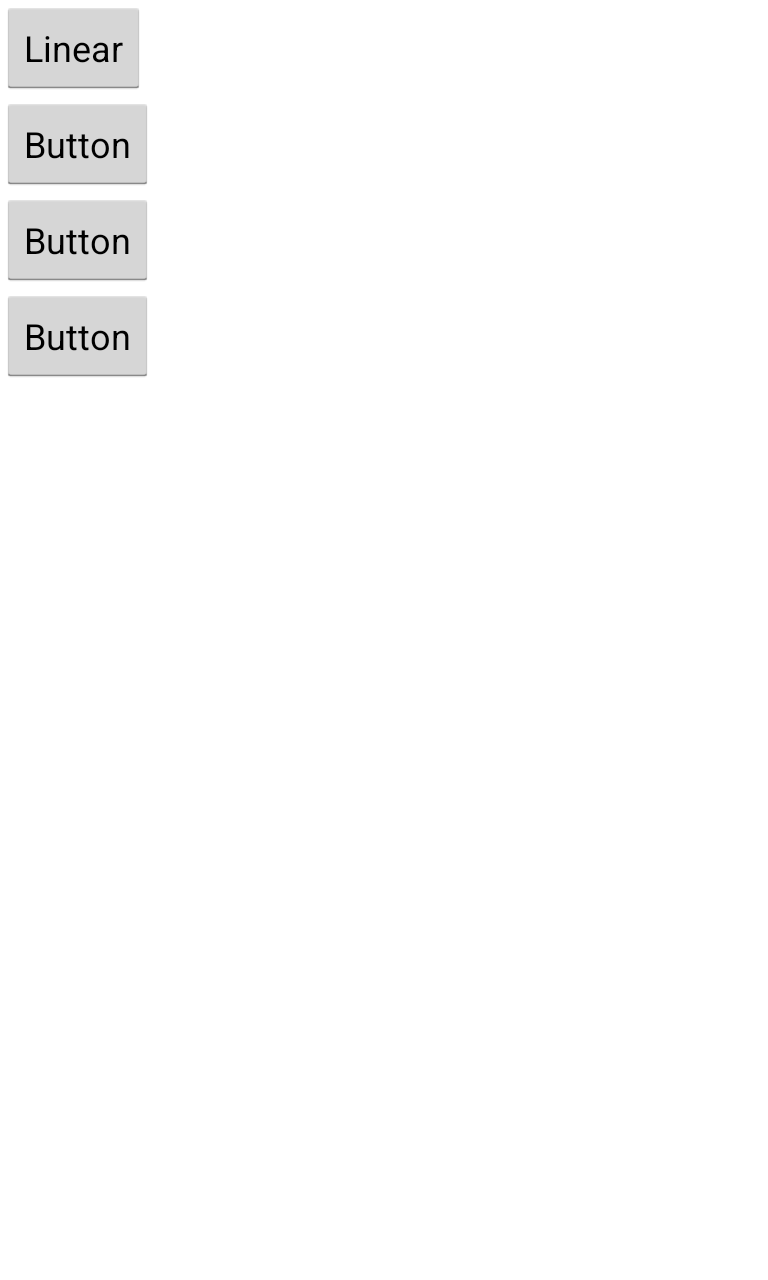
Repository: treizeor/android-examples
Layout: Ch003Layouts/res/layout/linearlayout_main.xml
These files come from the project's save history. The layout is drawn as it stood at one moment and after the next save; the edit follows.
It is drawn on a 768 x 1280 px phone screen (xhdpi) without system bars, with theme AppTheme; the app's code is not run.

Above is the layout before, as saved 2014-06-02 02:43:35.

After the next save:
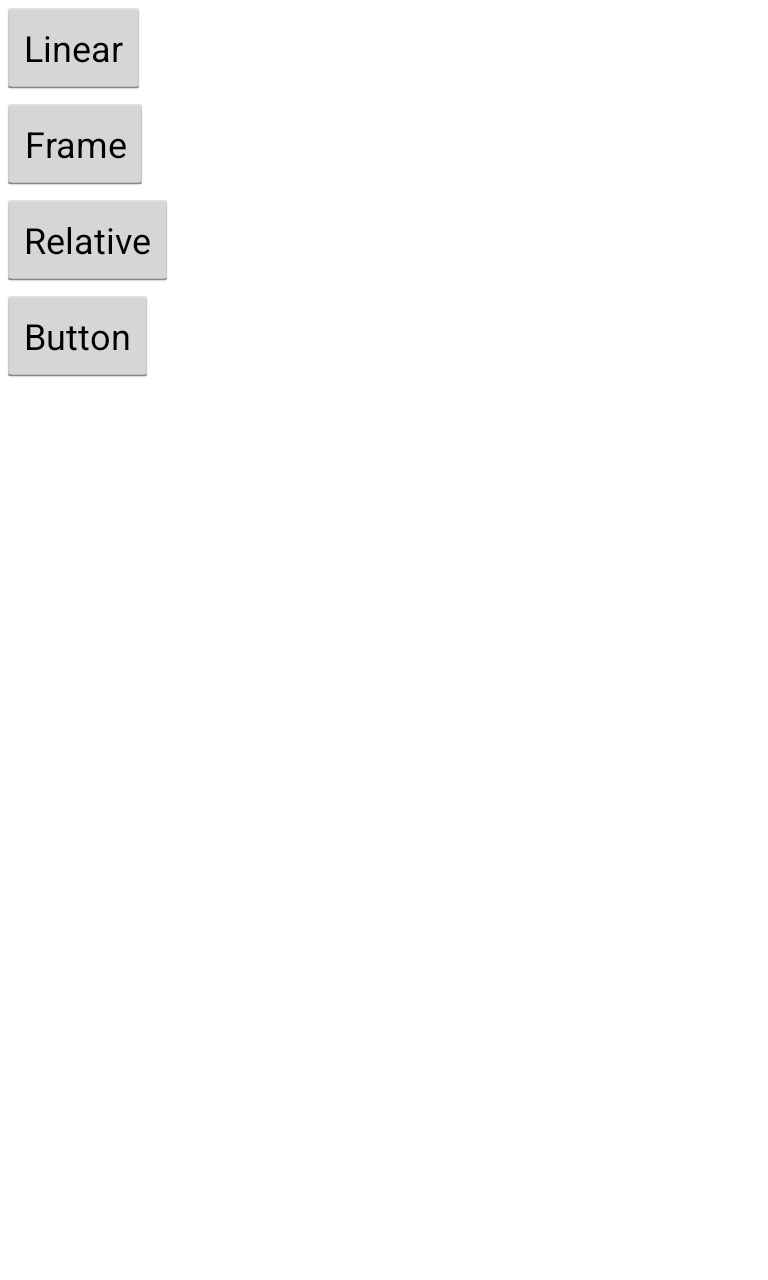
Saved 70 s later.
--- a/Ch003Layouts/res/layout/linearlayout_main.xml
+++ b/Ch003Layouts/res/layout/linearlayout_main.xml
@@ -11,16 +11,16 @@
         android:text="@string/linear" />
 
     <Button
-        android:id="@+id/button2"
+        android:id="@+id/frame"
         android:layout_width="wrap_content"
         android:layout_height="wrap_content"
-        android:text="Button" />
+        android:text="@string/frame" />
 
     <Button
-        android:id="@+id/button3"
+        android:id="@+id/relative"
         android:layout_width="wrap_content"
         android:layout_height="wrap_content"
-        android:text="Button" />
+        android:text="Relative" />
 
     <Button
         android:id="@+id/button4"
